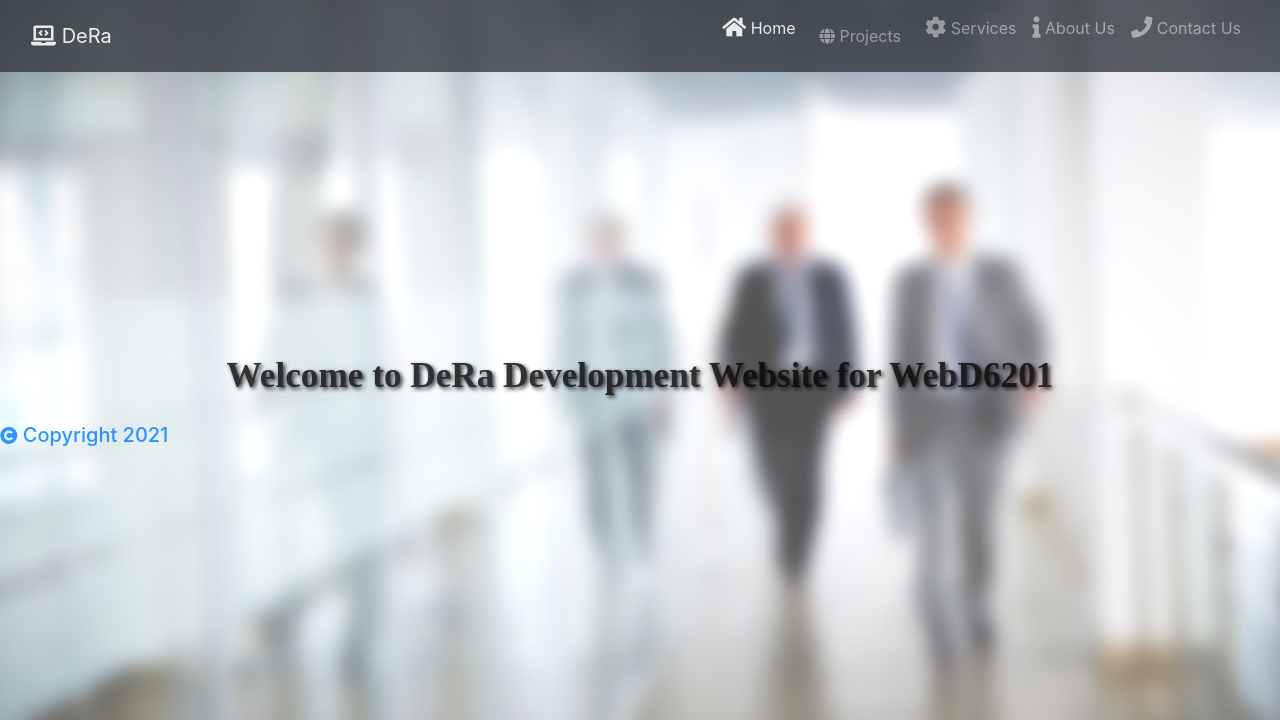
Repository: deividwsantoss/web6201-Lab1
Page: index.html
These files come from the project's save history. The page is drawn as it stood at one moment and after the next save; the edit follows.
The browser window is 1280 px wide. The pictures show the whole page.

Above is the page before, as saved 2021-02-04 09:30:23.
Console error: TypeError: Cannot set properties of null (setting 'innerHTML')

### index.html
<!DOCTYPE html>
<html lang="en">
<head>
    <meta charset="UTF-8">
    <meta name="viewport" content="width=device-width, initial-scale=1.0">
    <title>Home</title>
</head>
<!-- CSS SECTION-->
<link rel="stylesheet" href="./node_modules/bootstrap/dist/css/bootstrap.min.css">
<link rel="stylesheet" href="./node_modules/@fortawesome/fontawesome-free/css/all.min.css">
<link rel="stylesheet" href="./Content/app.css">

<body class="bg">
    <!-- Main Header-->
    <header>
        <!-- Main Navegation-->
        <nav class="navbar navbar-expand-lg navbar-dark bg-dark">
            <div class="container-fluid">
              <a class="navbar-brand" href="Index.html"><i class="fas fa-laptop-code"></i> DeRa</a>
              <button class="navbar-toggler" type="button" data-bs-toggle="collapse" data-bs-target="#navbarSupportedContent" aria-controls="navbarSupportedContent" aria-expanded="false" aria-label="Toggle navigation">
                <span class="navbar-toggler-icon"></span>
              </button>
              <div class="collapse navbar-collapse" id="navbarSupportedContent">
                <ul class="navbar-nav ml-auto mb-2 mb-lg-0">
                  <li class="nav-item">
                    <a class="nav-link active" aria-current="page" href="Index.html"><i class="fas fa-home fa-lg"></i> Home</a>
                  </li>
                  <li class="nav-item">
                    <a id="prod" class="nav-link" aria-current="page" href="products.html"><i class="fas fa-globe" name="prod"></i> Products</a>
                  </li>
                  <li class="nav-item">
                    <a class="nav-link" aria-current="page" href="services.html"><i class="fas fa-cog fa-lg"></i> Services</a>
                  </li>
                  <li class="nav-item">
                    <a id="aboutId" class="nav-link" aria-current="page" href="about.html"><i class="fas fa-info fa-lg"></i> About Us</a>
                  </li>
                  <li class="nav-item">
                    <a class="nav-link" aria-current="page" href="contact.html"><i class="fas fa-phone fa-lg"></i> Contact Us</a>
                  </li>

                </ul>

              </div>
            </div>
          </nav>

    </header>

    <!-- Main Content-->
        <main class="container">
          <div class="text-md-center">

              <p id="paragraphOne"> </p>

          </div>
        </main>


        <!-- Main Footer-->
        <footer id="mainFooter">


        </footer>

    <!--- Script Section-->
    <script src="./node_modules/jquery/dist/jquery.min.js"></script>
    <script src="./node_modules/bootstrap/dist/js/bootstrap.bundle.min.js"></script>
        <script src="./Scripts/app.js"></script>
</body>

</html>

### Content/app.css
/* Custom CSS goes here */

body,html{
    height: 100%;
    margin: 0;
}
.bg{
    background-image: url("Background-White.jpg");
    background-repeat: no-repeat;
    background-size: cover;
    background-position: center;
    opacity: 0.8;
}

.contactimage{
    background-image:url("contactimg.jpg");
    background-repeat: no-repeat;
    background-size: cover;
    background-position: center;
    opacity: 0.8;
}
.productsbg {
    background-image:url("productsbg.jpg");
    background-repeat: no-repeat;
    background-size: cover;
    background-position: center;
    opacity: 0.8;
}

.servicesbackgroud{
    background-image:url("services.jpg");
    background-repeat: repeat;
    background-size: cover;
    background-position: center;
    opacity: 0.8;
    height: 1000px;
}
.aboutus{
    background-image:url("bgimage.jpg");
    background-repeat: no-repeat;
    background-size: cover;
    background-position: center;
    opacity: 0.8;
}

#paragraphOne {
    color: black;
    font-size: 220%;
    margin-top: 25%;
    text-shadow: 2px 2px 4px #000;
    font-family: cursive;
    font-weight: bold;

}
h1{
    margin-top: 2%;
}

#custompg{
    width: 400px;

}

#projectsImg{
    width: 150px;
    margin-top: 10%;
}

#pic{
    width:310px; /* you can use % */
    height: auto;
}

#aboutmain{
    margin-top: 100px;
}
#dlParagraph{
    margin-top: 10%;
    margin-top: 10%;
    font-size: large;
    font-weight: bold;
}
#scotiaParagraph{
    margin-top: 10%;
    font-size: large;
    font-weight: bold;
}

### Scripts/app.js
/* Custom JavaScript goes here */


"use strict";

(function(){


    function addFooter(){
        //criando footer

        const body = document.body;
        let mainContent = document.getElementsByTagName("main")[0];
        const footerCR = document.createElement('footer');
        let footerNav = document.createElement('nav');
        let footerDiv = document.createElement('div')

        footerNav.innerHTML = `<h4 ><a class="navbar-brand" href="#"><i class="fas fa-copyright fa-sm"></i> Copyright 2021 </a></h4>`;

        body.appendChild(footerNav);
    }

    function Projects(){
        let productsElement = document.getElementById("prod");
        let prod = `<a id="prod" class="nav-link" aria-current="page" href="products.html"><i class="fas fa-globe" name="prod"></i> Projects</a>`;


        productsElement.innerHTML = prod;

        let prodNameElement = document.getElementById("prodName");
        let projectName = `<h1 id="prodName" class="text-center">Our Projects</h1>`

        prodNameElement.innerHTML = projectName;
    }
    function displayHome(){
        let paragraphOneText = "Welcome to DeRa Development Website for WebD6201";
        let paragraphOneElement = document.getElementById("paragraphOne");

        paragraphOneElement.textContent = paragraphOneText;
        paragraphOneElement.className = "fs-6 ";
    }
    function displayAbout(){

    }
    function displayProducts(){

        //deloitte
        let dlText = "DeRa is proud for leading the main developing project for DL."
        let dlElement = document.getElementById("dlParagraph");

        dlElement.textContent = dlText;

        let scotiaText = "Another Big company we are proud to have worked with"
        let scotiaElement = document.getElementById("scotiaParagraph");

        scotiaElement.textContent = scotiaText;

    }
    function displayServices(){

        //intro text
        let servicesIntroText = "DeRa Development can provide you the best customized solution for you";
        let servicesIntroElement = document.getElementById("serviceIntro");
        servicesIntroElement.textContent = servicesIntroText;

        // custom dev text
        let customParagraphText = "DeRa Development have been delivering successful custom programs to our clients since the date we were born. \nSince DeRa was born we have seen a rapid change in website technology which we were always able to adapt";
        let customParagraphElement = document.getElementById("customParagraph");

        customParagraphElement.textContent = customParagraphText;

        //mobile text
        mobileParagraphText = "We have the knowledge and skills to provide you the best quality solution for any kind of device. \nMobile development is one of our strengths."
        mobileParagraphElement = document.getElementById("mobileParagraph");

        mobileParagraphElement.textContent = mobileParagraphText;

        //design paragraph
        let webDesignParagraphText = "Our Web Design is awesome";
        let webDesignParagraphElement = document.getElementById("weDesignParagraph");
        webDesignParagraphElement.textContent = webDesignParagraphText;
    }
    function displayContact(){

        let messageArea = document.getElementById("messageArea");
        messageArea.hidden = true;

        //Form Validation...

        let fullName = document.getElementById("fullName");
        fullName.addEventListener("blur", function(){
            if(fullName.value.length < 2){
                fullName.focus;
                fullName.select();
                messageArea.hidden = false;
                messageArea.className = "alert alert-danger";
                messageArea.textContent = "Please, Enter an appropriate name."
            }
            else{
                messageArea.removeAttribute("Class");
                messageArea.hidden = true;
            }
        });

        //validating number
        let contactNumber = document.getElementById("contactNumber");
        contactNumber.addEventListener("blur", function(){

            if(contactNumber.value.length < 10 || contactNumber.value.length > 10 )
            {
                contactNumber.focus;
                contactNumber.select();
                messageArea.hidden = false;
                messageArea.className = "alert alert-danger";
                messageArea.textContent = "Please, Insert a valid Number";
            }
            else {
                messageArea.removeAttribute("Class");
                messageArea.hidden = true;
            }

        });

        // Validating short text
        let shortMessage = document.getElementById("shortMessage");
        shortMessage.addEventListener("blur", function(){

            if(shortMessage.value.length > 50){
                shortMessage.focus;
                shortMessage.select();
                messageArea.hidden = false;
                messageArea.className = "alert alert-danger";
                messageArea.textContent = "Maximum characters allowed (50)";
            }
            else{
                messageArea.removeAttribute("Class");
                messageArea.hidden = true;
            }
        });

        let sendButton = document.getElementById("sendButton");
        sendButton.addEventListener("click", function(event){
            event.preventDefault();
        });
        document.getElementById("sendButton").onclick = function (){
            location.href = "index.html"
        };

    }


    function Start(){
        console.log("App Start...");

        switch (document.title) {

            case 'Home':
                displayHome();
                break;
            case 'About':
                displayAbout();
                break;
            case 'Products':
                displayProducts();
                break;
            case 'Services':
                displayServices();
                break;
            case 'Contact':
                displayContact();
                break;

        }


    }
    window.addEventListener("load",addFooter);
    window.addEventListener("load",Projects);
    window.addEventListener("load",Start);

})();

Loaded but not shown: node_modules/bootstrap/dist/css/bootstrap.min.css (library); node_modules/@fortawesome/fontawesome-free/css/all.min.css (library); node_modules/jquery/dist/jquery.min.js (library); node_modules/bootstrap/dist/js/bootstrap.bundle.min.js (library)

After the next save:
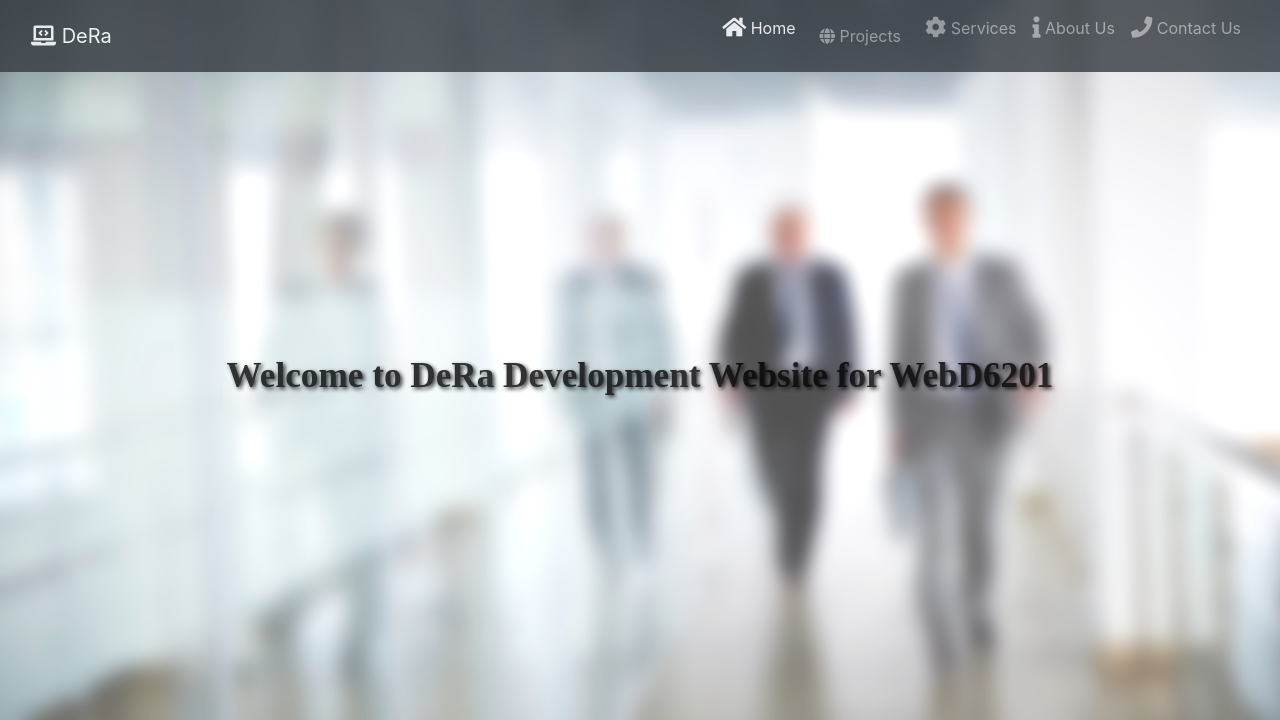
Console error: TypeError: Cannot read properties of undefined (reading 'appendChild')
Saved 2 min 30 s later.
--- a/Scripts/app.js
+++ b/Scripts/app.js
@@ -11,13 +11,13 @@
 
         const body = document.body;
         let mainContent = document.getElementsByTagName("main")[0];
-        const footerCR = document.createElement('footer');
+        const footerLocation = document.getElementById("mainFooter").getElementsByTagName("footer")[0];
         let footerNav = document.createElement('nav');
         let footerDiv = document.createElement('div')
 
         footerNav.innerHTML = `<h4 ><a class="navbar-brand" href="#"><i class="fas fa-copyright fa-sm"></i> Copyright 2021 </a></h4>`;
 
-        body.appendChild(footerNav);
+        footerLocation.appendChild(footerNav);
     }
 
     function Projects(){

After the 5 saves that followed:
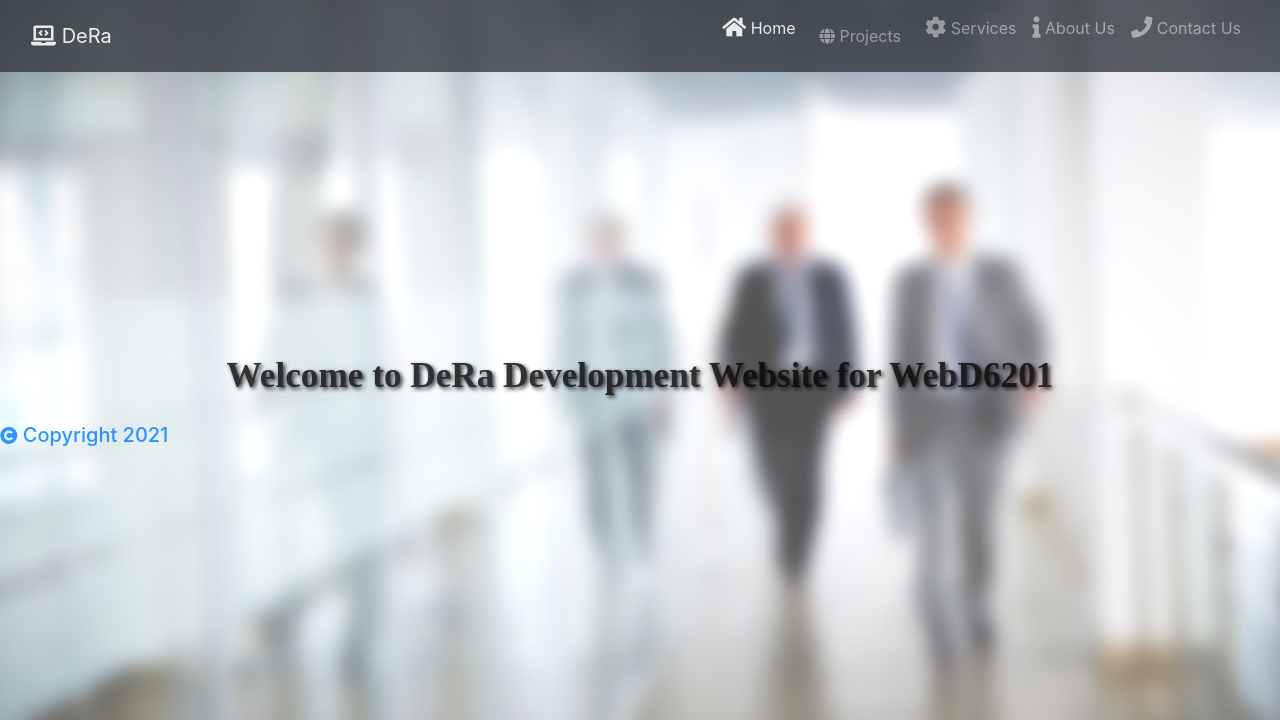
Console error: TypeError: Cannot set properties of null (setting 'innerHTML')
The 5 saves are shown as one change because 4 left the picture as it was.
The last was saved 5 min 5 s later.
--- a/index.html
+++ b/index.html
@@ -57,8 +57,10 @@
 
 
         <!-- Main Footer-->
-        <footer id="mainFooter">
+        <footer >
+          <div id="mainFooter">
 
+          </div>
 
         </footer>
 
--- a/Scripts/app.js
+++ b/Scripts/app.js
@@ -11,13 +11,14 @@
 
         const body = document.body;
         let mainContent = document.getElementsByTagName("main")[0];
-        const footerLocation = document.getElementById("mainFooter").getElementsByTagName("footer")[0];
+        let footerLocation = document.getElementById("mainFooter")[0];
         let footerNav = document.createElement('nav');
-        let footerDiv = document.createElement('div')
+
 
         footerNav.innerHTML = `<h4 ><a class="navbar-brand" href="#"><i class="fas fa-copyright fa-sm"></i> Copyright 2021 </a></h4>`;
 
-        footerLocation.appendChild(footerNav);
+        body.appendChild(footerNav);
+
     }
 
     function Projects(){
